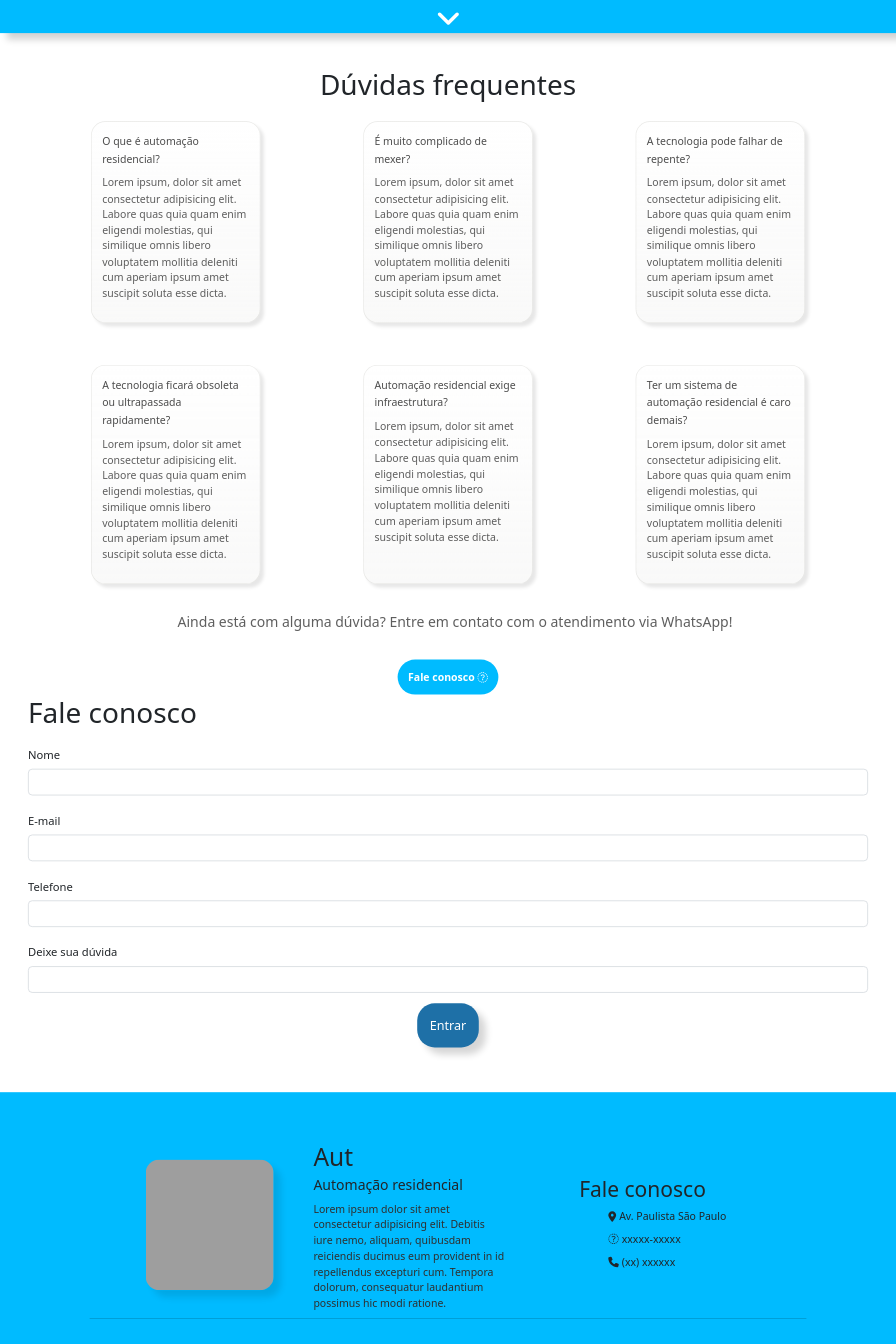
Repository: BulleST/SouHi_Institucional
Page: home.html
The author's editor kept a copy of each file at every save. The page is drawn from the files as they stood at one save, then again after the next save.
The browser window is 1280 px wide. The pictures show the part of the page from y = 1636 to 3556 px (the page is 3556 px tall), at 70% of full size.
Pictures or frames that could not be fetched are drawn as grey boxes.

Above is the page before, as saved 2022-10-27 16:57:09.

After the next save:
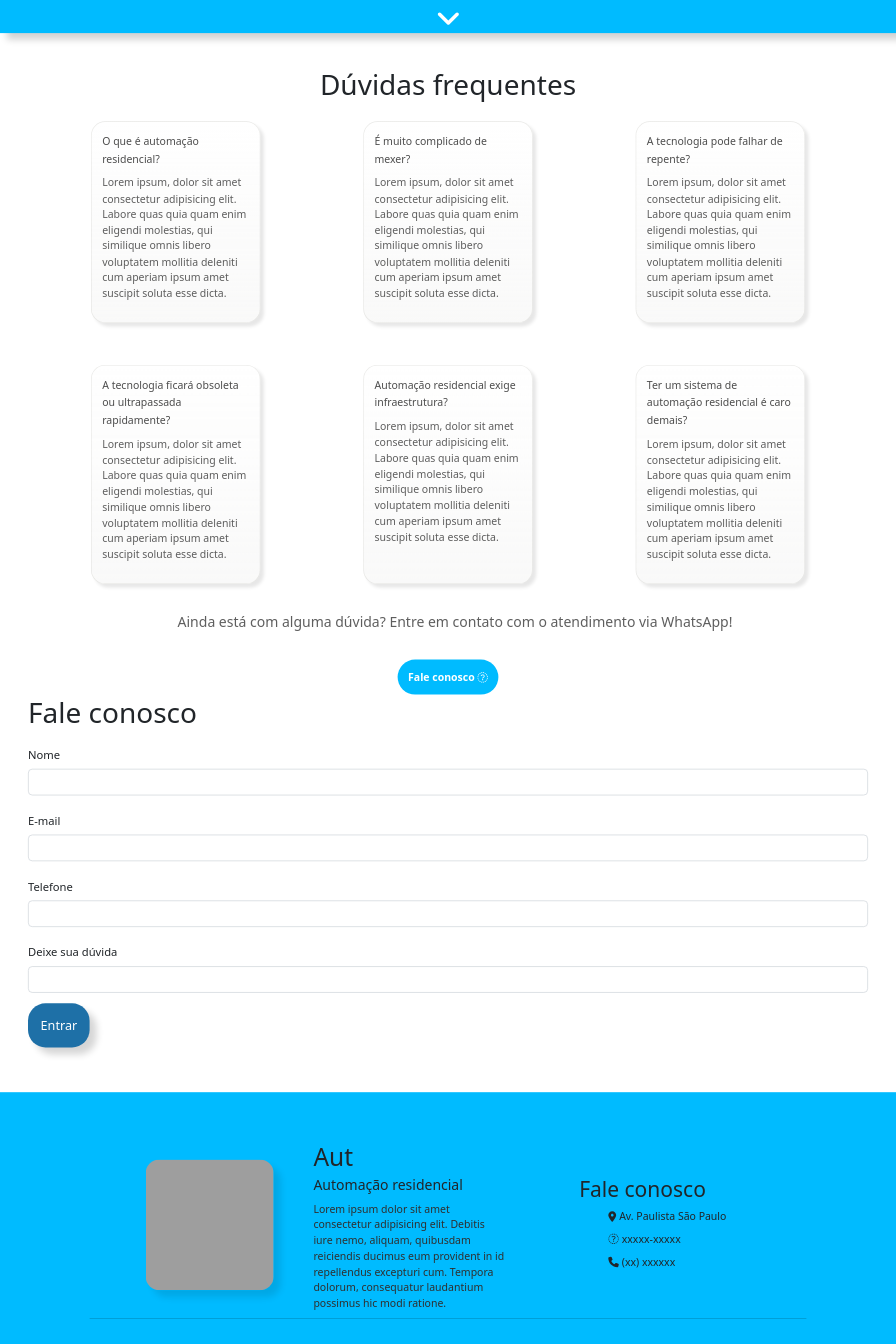
Saved 20 s later.
--- a/home.html
+++ b/home.html
@@ -342,7 +342,7 @@
           <label for="" class="form-label">Deixe sua dúvida</label>
           <input type="textarea" class="form-control">
         </div>
-        <div class="form-group d-flex justify-content-center botao-conosco">
+        <div class="form-group d-flex ">
           <button type="submit" class="btn botao">Entrar</button>
         </div>
 
